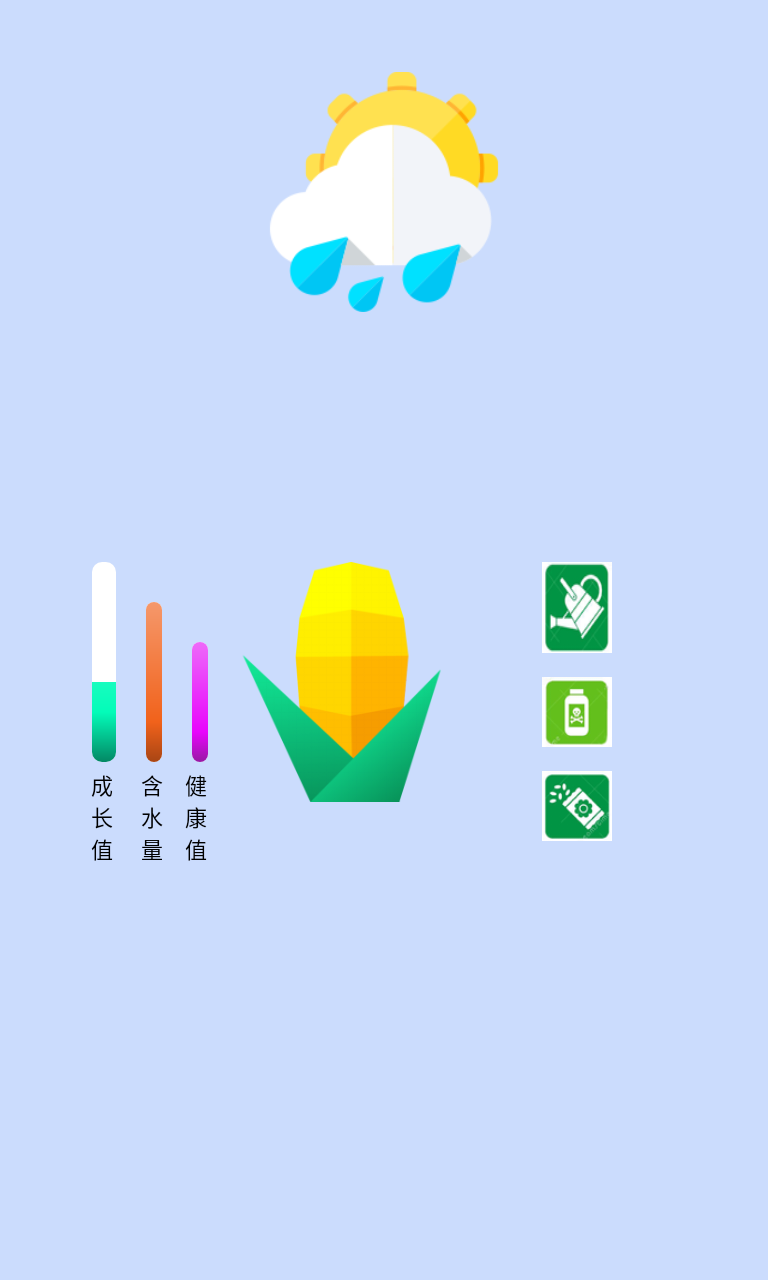
Repository: DraceWang/YumiTianqi
Layout: YumiTianqi/res/layout/fragment_main.xml
These files come from the project's save history. The layout is drawn as it stood at one moment and after the next save; the edit follows.
It is drawn on a 768 x 1280 px phone screen (xhdpi) without system bars, with theme AppTheme; the app's code is not run. Lists and similar views that code fills are empty.

Above is the layout before, as saved 2015-05-20 01:54:57.

After the next save:
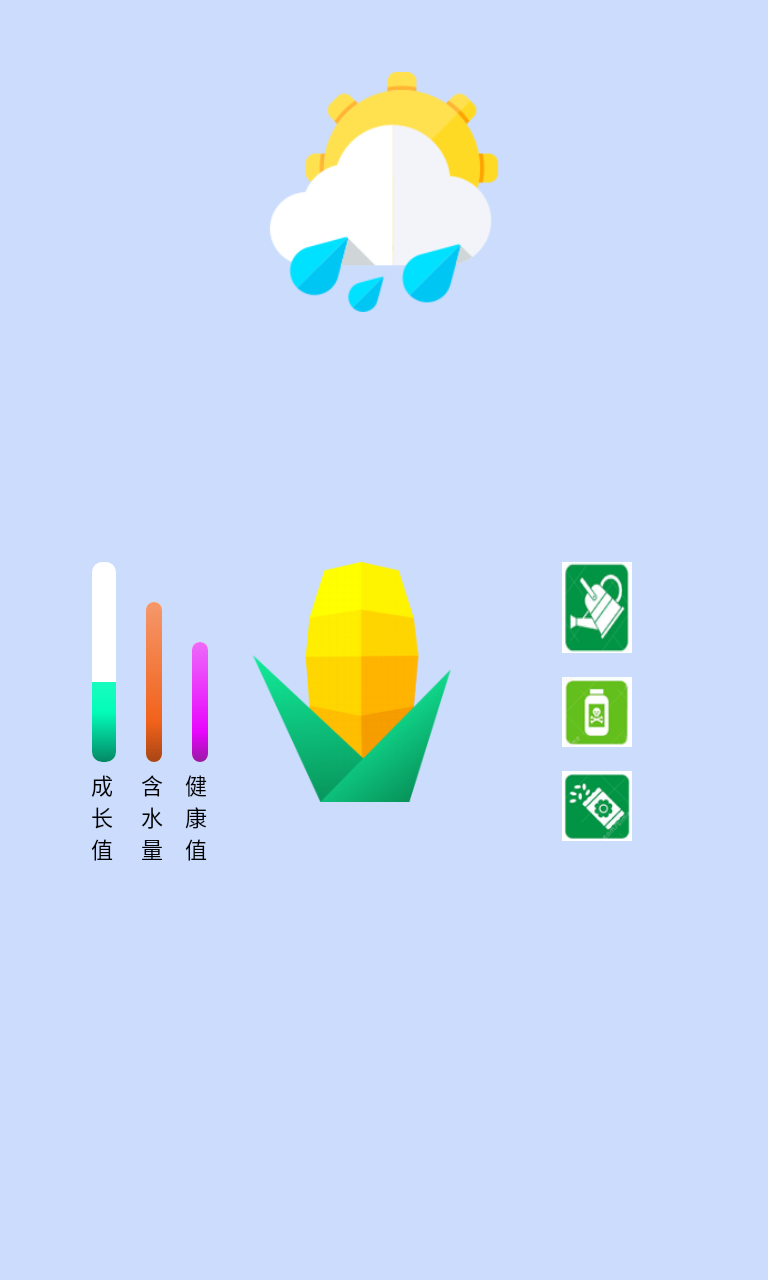
Saved 33 s later.
--- a/YumiTianqi/res/layout/fragment_main.xml
+++ b/YumiTianqi/res/layout/fragment_main.xml
@@ -87,7 +87,7 @@
             android:orientation="horizontal" >
 
             <RelativeLayout
-                android:layout_width="310dp"
+                android:layout_width="320dp"
                 android:layout_height="wrap_content"
                 android:paddingLeft="15dp" >
 
